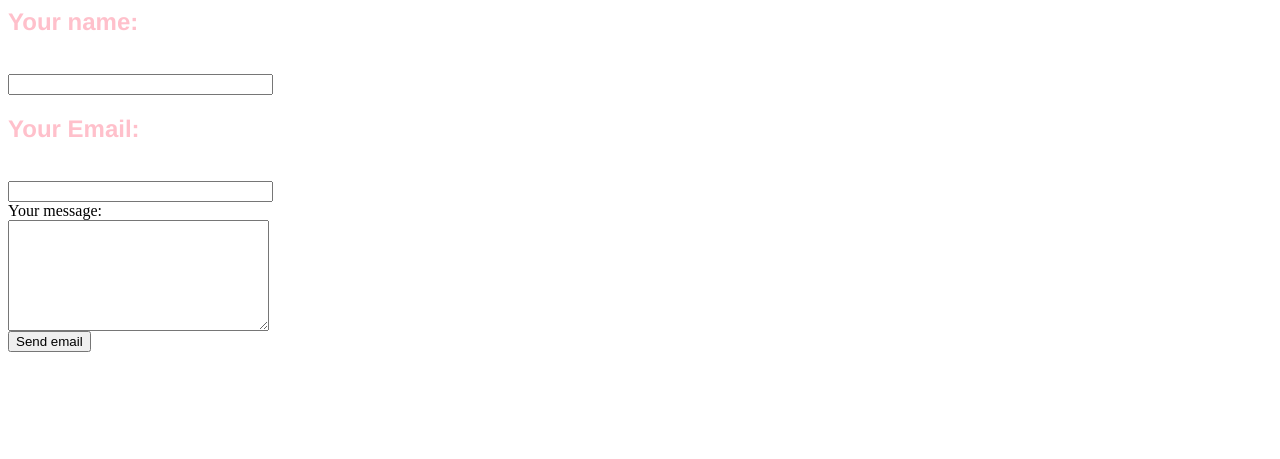
Repository: anelguel/lab18
Page: contact.html
The author's editor kept a record of every edit. The page is drawn from the files as they stood at one moment, then again after the next edit.
The browser window is 1280 px wide. The pictures show the whole page.

Above is the page before.

After the next edit:
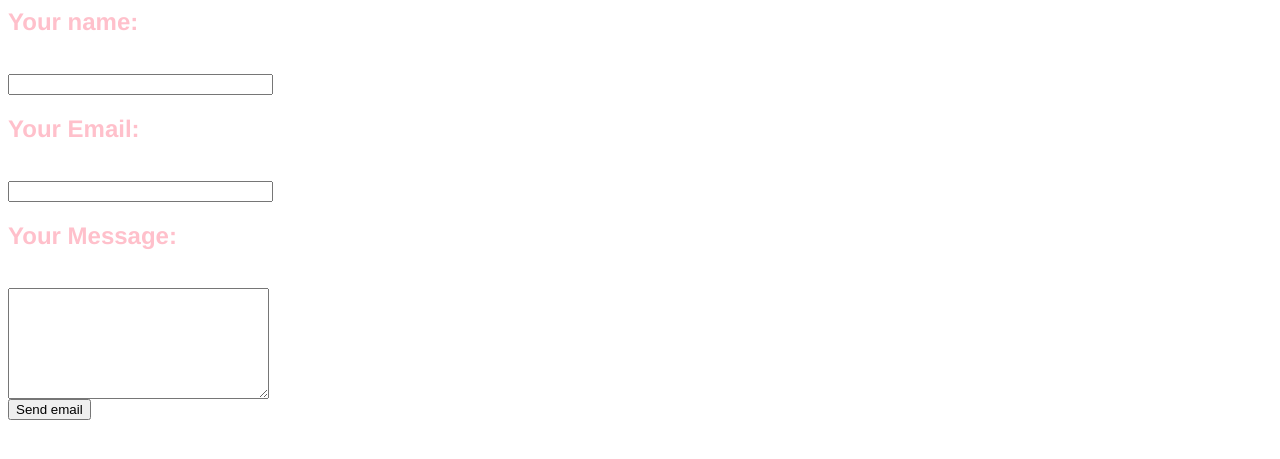
The edit:
--- a/contact.html
+++ b/contact.html
@@ -13,7 +13,7 @@
 		<input id="email" class="input" name="email" type="text" value="" size="30" /><br />
 	</div>
 	<div class="row">
-		<label for="message">Your message:</label><br />
+		<label for="message"><h2>Your Message:</h2></label><br />
 		<textarea id="message" class="input" name="message" rows="7" cols="30"></textarea><br />
 	</div>
 	<input id="submit_button" type="submit" value="Send email" />
